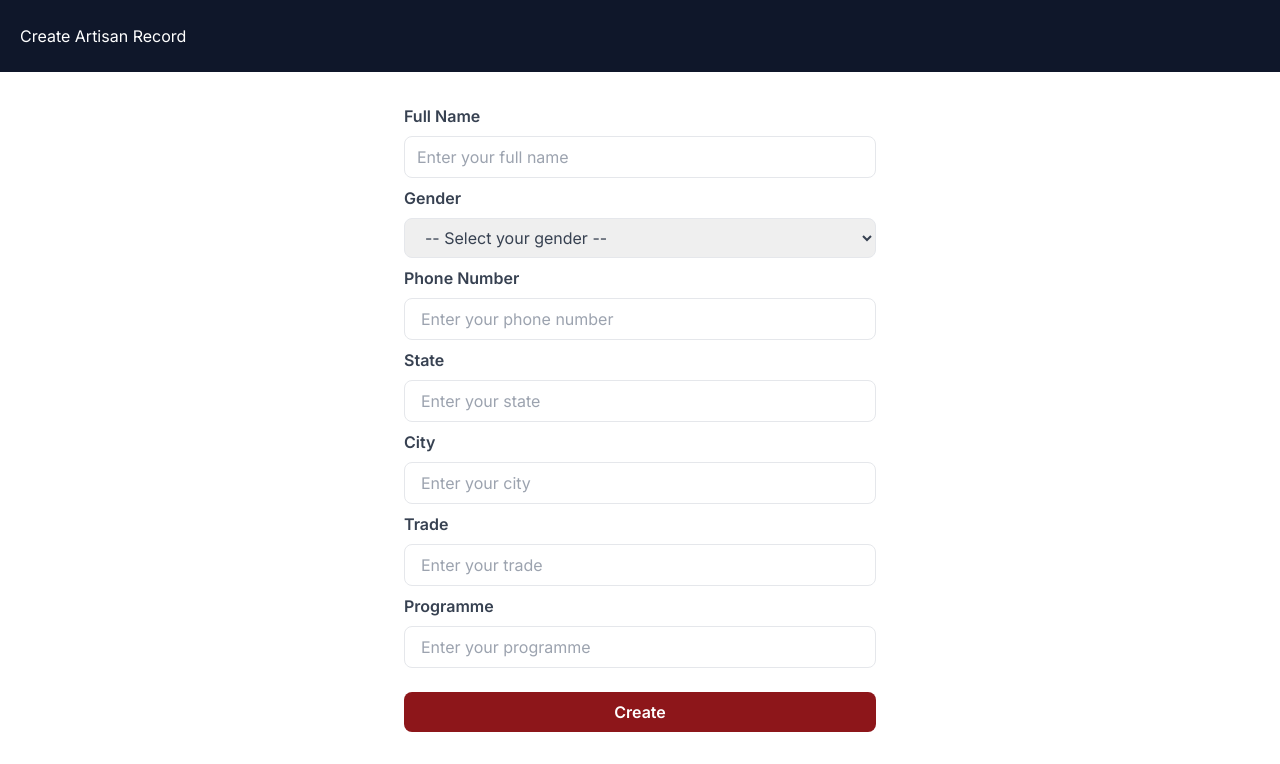
Repository: marcusdashe/artisanindex_frontend
Page: /components/CreateArtisan
An editor plug-in stored every save of this project. The page is shown before and after the next save, followed by the edit.
The browser window is 1280 px wide. The pictures show the whole page.
The project was rebuilt for these pictures with package versions that can differ from the ones it lists, and the page was loaded fresh each time. The framework's server and built-in components were replaced by stand-ins that run in the browser. Also part of the build but not shown: next.config.js.

Above is the page before, as saved 2023-03-09 11:35:31.

After the next save:
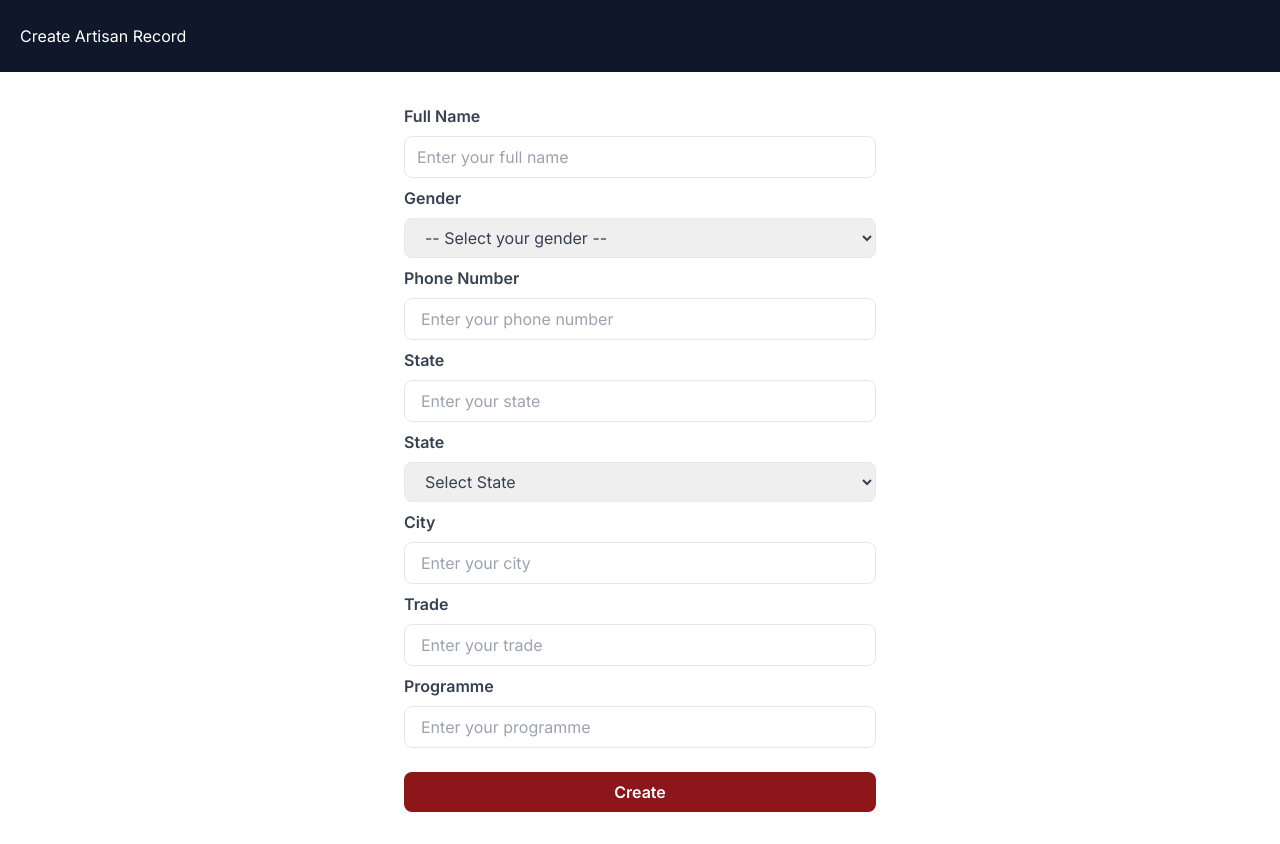
Saved 4 min 0 s later.
--- a/pages/components/CreateArtisan.js
+++ b/pages/components/CreateArtisan.js
@@ -89,6 +89,57 @@ function ViewArtisanDataScreen() {
               required
             />
 
+            <label htmlFor="gender" className="text-gray-700 font-bold">
+              State
+            </label>
+            <select
+              id="gender"
+              name="gender"
+              value={formData.state}
+              onChange={handleInputChange}
+              className="px-4 py-2 border rounded-lg text-gray-700 focus:outline-none focus:border-[#4a3e3e] focus:shadow-outline-blue"
+              required
+            >
+              <option value="">Select State</option>
+              <option value="Abia">Abia</option>
+              <option value="Adamawa">Adamawa</option>
+              <option value="Akwa Ibom">Akwa Ibom</option>
+              <option value="Anambra">Anambra</option>
+              <option value="Bauchi">Bauchi</option>
+              <option value="Bayelsa">Bayelsa</option>
+              <option value="Benue">Benue</option>
+              <option value="Borno">Borno</option>
+              <option value="Cross River">Cross River</option>
+              <option value="Delta">Delta</option>
+              <option value="Ebonyi">Ebonyi</option>
+              <option value="Edo">Edo</option>
+              <option value="Ekiti">Ekiti</option>
+              <option value="Enugu">Enugu</option>
+              <option value="FCT">Federal Capital Territory</option>
+              <option value="Gombe">Gombe</option>
+              <option value="Imo">Imo</option>
+              <option value="Jigawa">Jigawa</option>
+              <option value="Kaduna">Kaduna</option>
+              <option value="Kano">Kano</option>
+              <option value="Katsina">Katsina</option>
+              <option value="Kebbi">Kebbi</option>
+              <option value="Kogi">Kogi</option>
+              <option value="Kwara">Kwara</option>
+              <option value="Lagos">Lagos</option>
+              <option value="Nasarawa">Nasarawa</option>
+              <option value="Niger">Niger</option>
+              <option value="Ogun">Ogun</option>
+              <option value="Ondo">Ondo</option>
+              <option value="Osun">Osun</option>
+              <option value="Oyo">Oyo</option>
+              <option value="Plateau">Plateau</option>
+              <option value="Rivers">Rivers</option>
+              <option value="Sokoto">Sokoto</option>
+              <option value="Taraba">Taraba</option>
+              <option value="Yobe">Yobe</option>
+              <option value="Zamfara">Zamfara</option>
+            </select>
+
             <label htmlFor="city" className="text-gray-700 font-bold">
               City
             </label>
